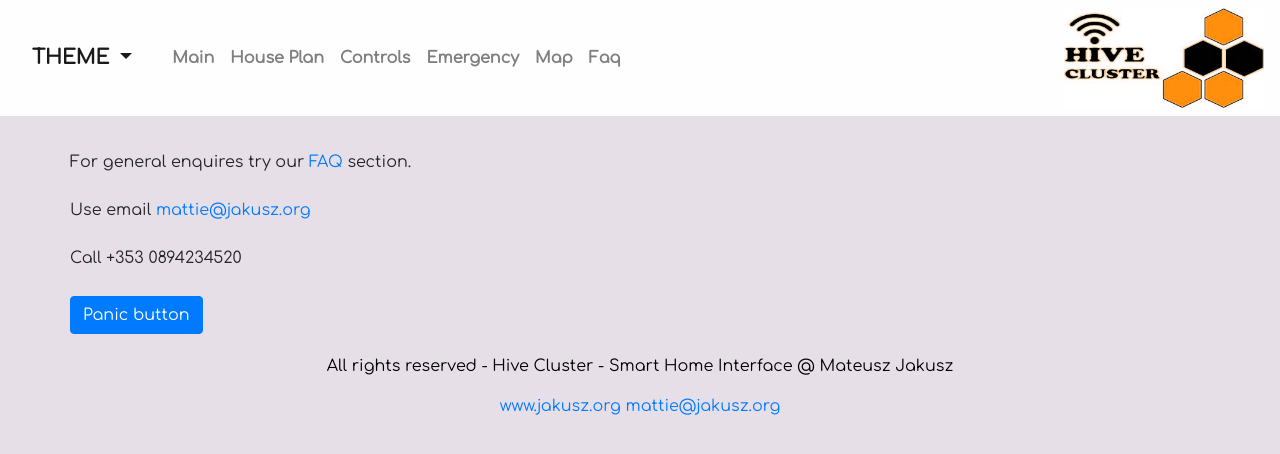
Repository: Code-Institute-Submissions/bloobsky-Milestone2-2
Page: emergency.html
The author's editor kept a record of every edit. The page is drawn from the files as they stood at one moment, then again after the next edit.
The browser window is 1280 px wide. The pictures show the whole page.

Above is the page before.
Console error: ReferenceError: emailjs is not defined

After the next edit:
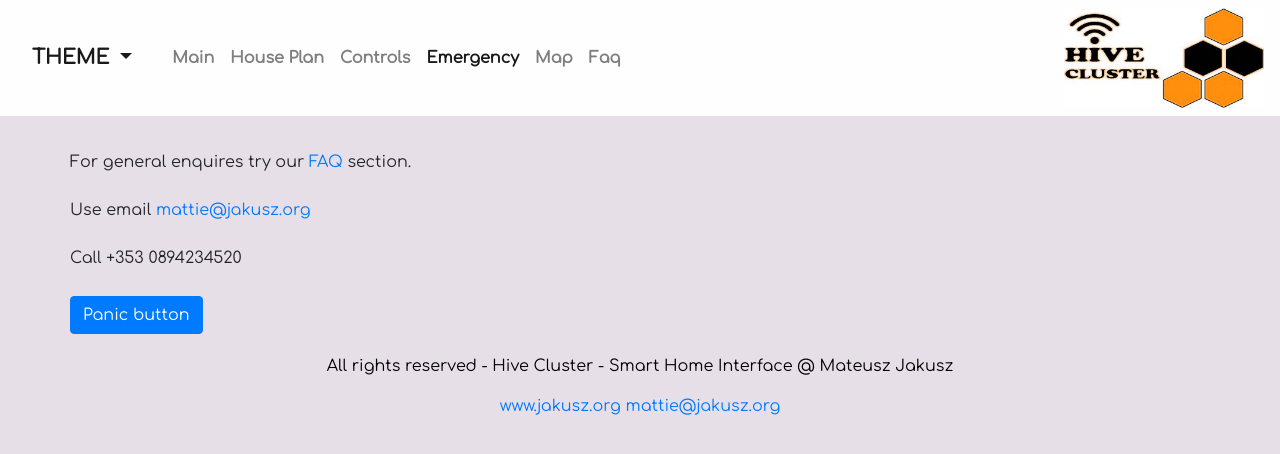
The edit:
--- a/emergency.html
+++ b/emergency.html
@@ -32,7 +32,7 @@
                     <li class="nav-item "><a class="nav-link" href="index.html">Main</a></li>
                     <li class="nav-item "><a class="nav-link" href="plan.html">House Plan</a></li>
                     <li class="nav-item "><a class="nav-link" href="control.html">Controls</a></li>
-                    <li class="nav-item "><a class="nav-link" href="emergency.html">Emergency</a></li>
+                    <li class="nav-item "><a class="nav-link active" href="emergency.html">Emergency</a></li>
                     <li class="nav-item "><a class="nav-link" href="map.html">Map</a></li>
                     <li class="nav-item "><a class="nav-link" href="faq.html">Faq</a></li>
                 </ul>
